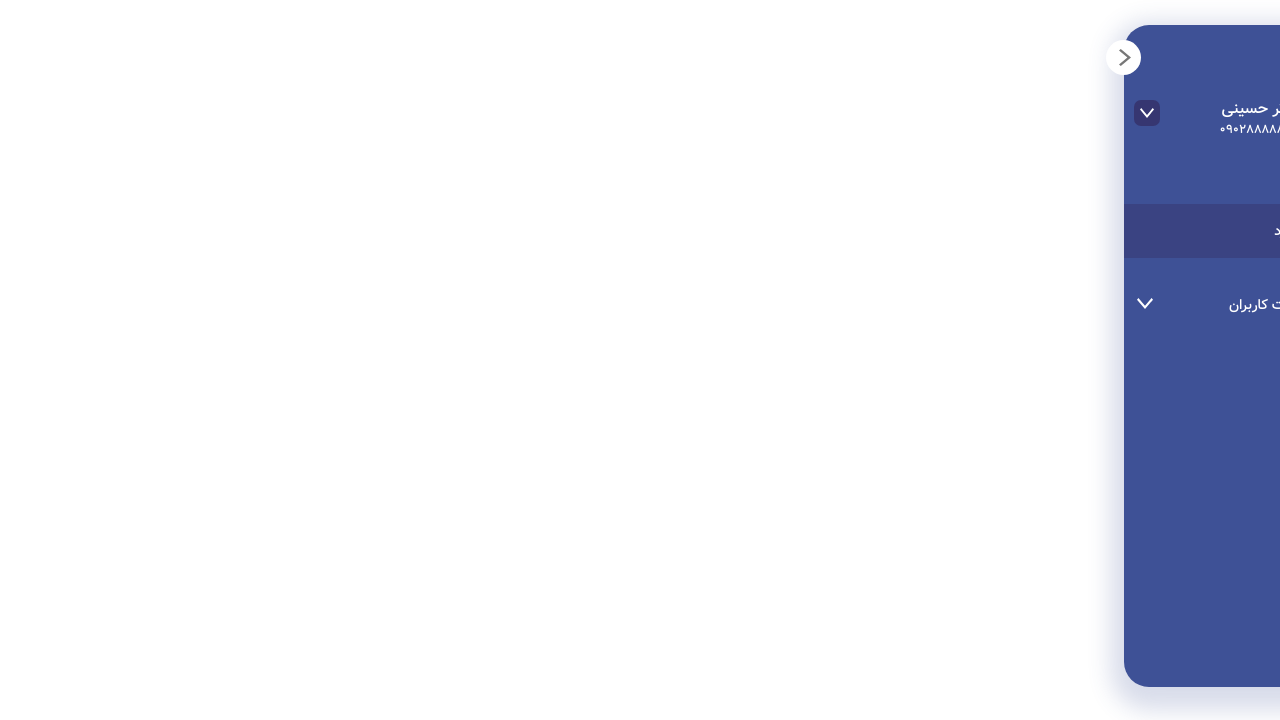
Repository: kosar78/quiz-online
Page: manager-panel-dashbord.html
These files come from the project's save history. The page is drawn as it stood at one moment and after the next save; the edit follows.
The browser window is 1280 px wide. The pictures show the whole page.

Above is the page before, as saved 2021-11-09 02:07:25.

After the next save:
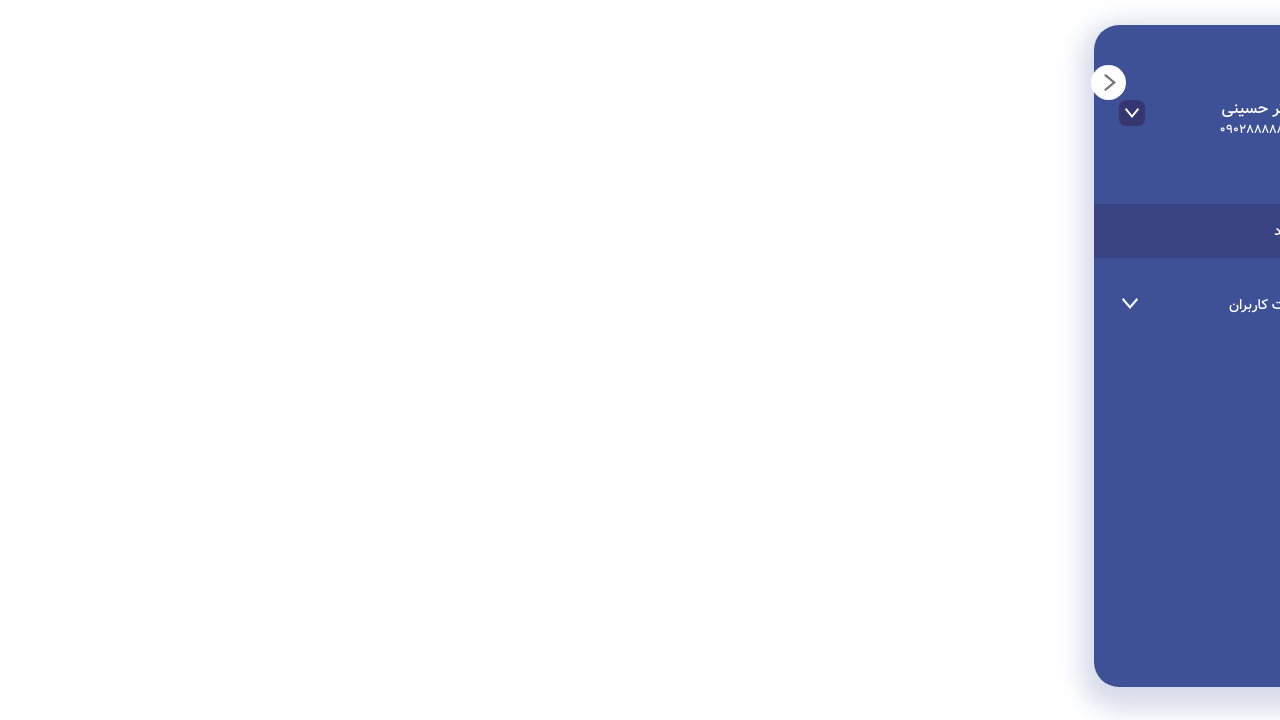
Saved 52 s later.
--- a/css/manager-panel.css
+++ b/css/manager-panel.css
@@ -26,7 +26,7 @@
     list-style: none;
 }
 .sidebar-parent{
-    padding: 25px 30px !important;
+    margin: 25px 30px !important;
     position: relative;
 }
 .sidebar{

After the 2 saves that followed:
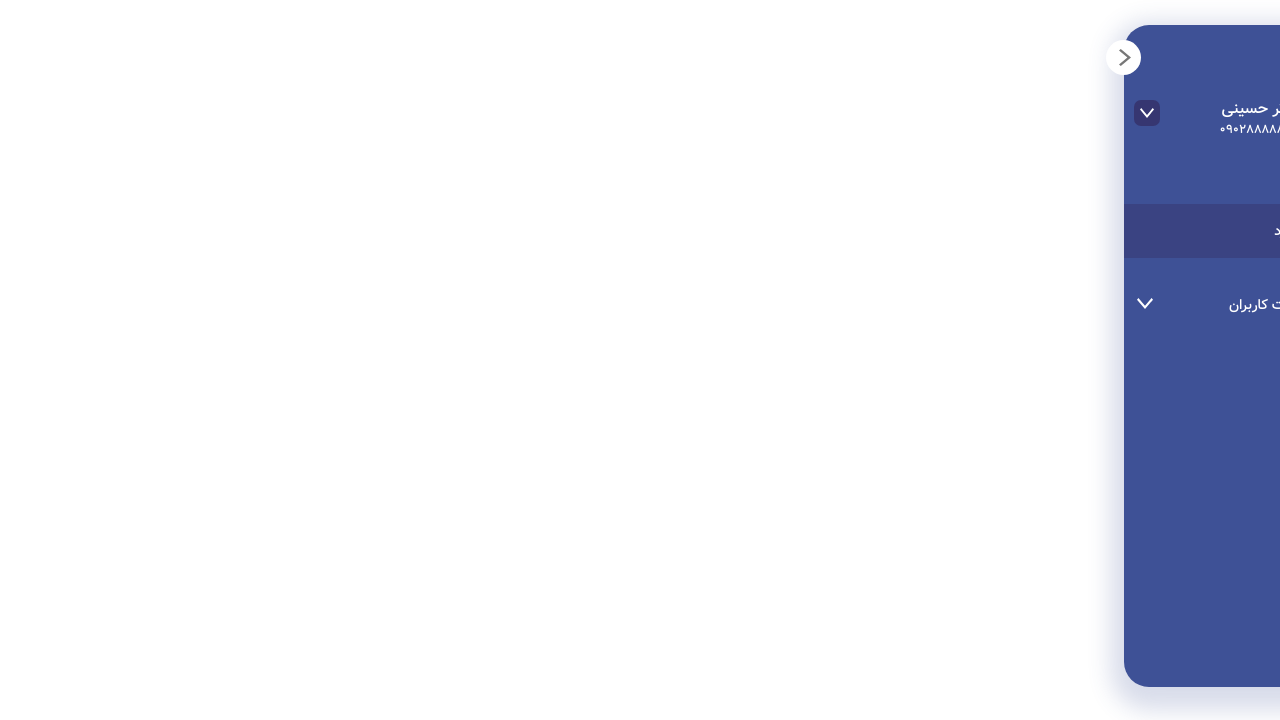
The 2 saves are shown as one change because 1 left the picture as it was.
The last was saved 78 s later.
--- a/css/manager-panel.css
+++ b/css/manager-panel.css
@@ -26,7 +26,7 @@
     list-style: none;
 }
 .sidebar-parent{
-    margin: 25px 30px !important;
+    padding: 25px 30px !important;
     position: relative;
 }
 .sidebar{
